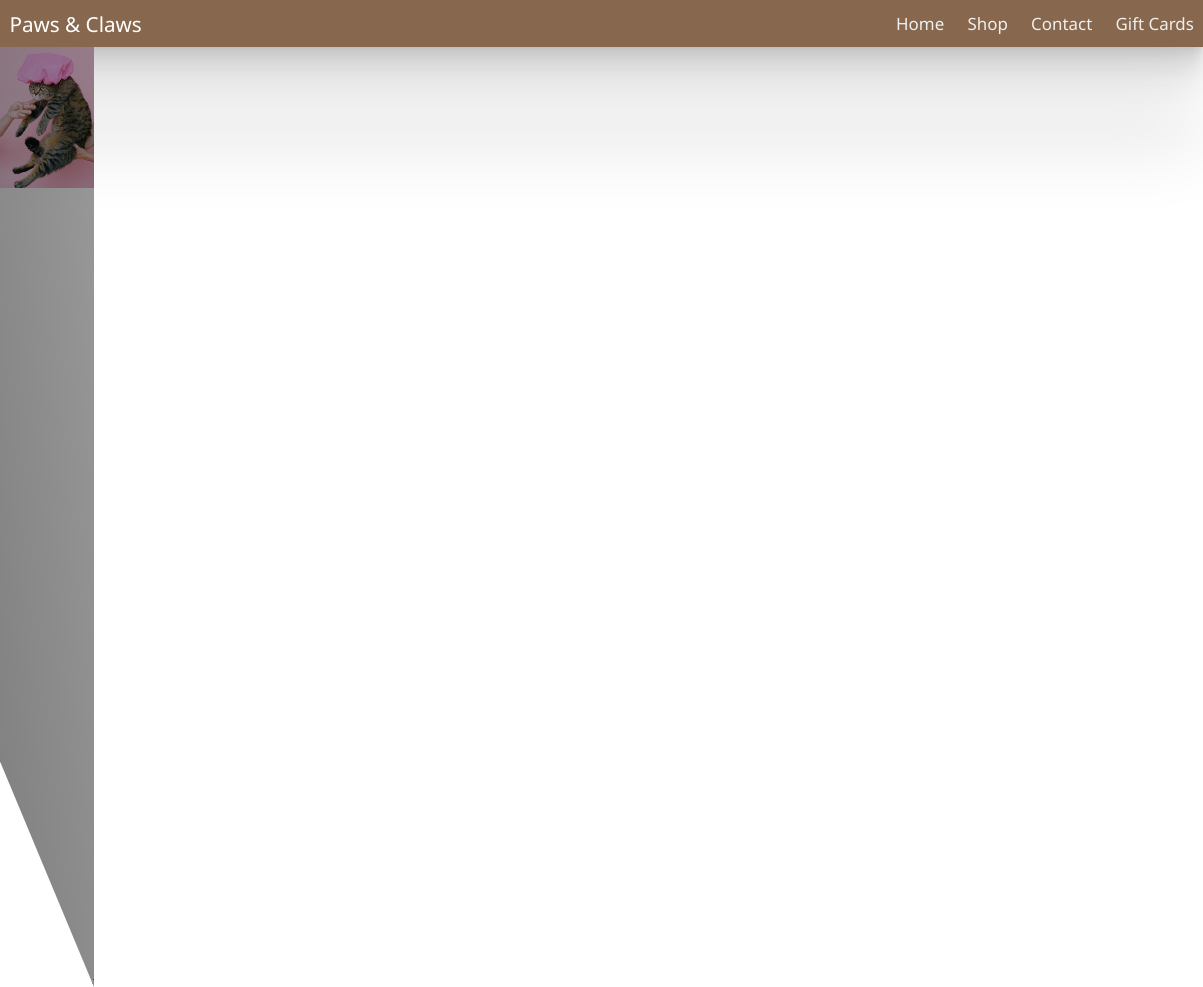
Repository: LtGriff/petProject
Page: dist/about.html
An editor plug-in stored every save of this project. The page is shown before and after the next save, followed by the edit.
The browser window is 1280 px wide. The pictures show the whole page, at 94% of full size.

Above is the page before, as saved 2022-05-19 07:53:50.

After the next save:
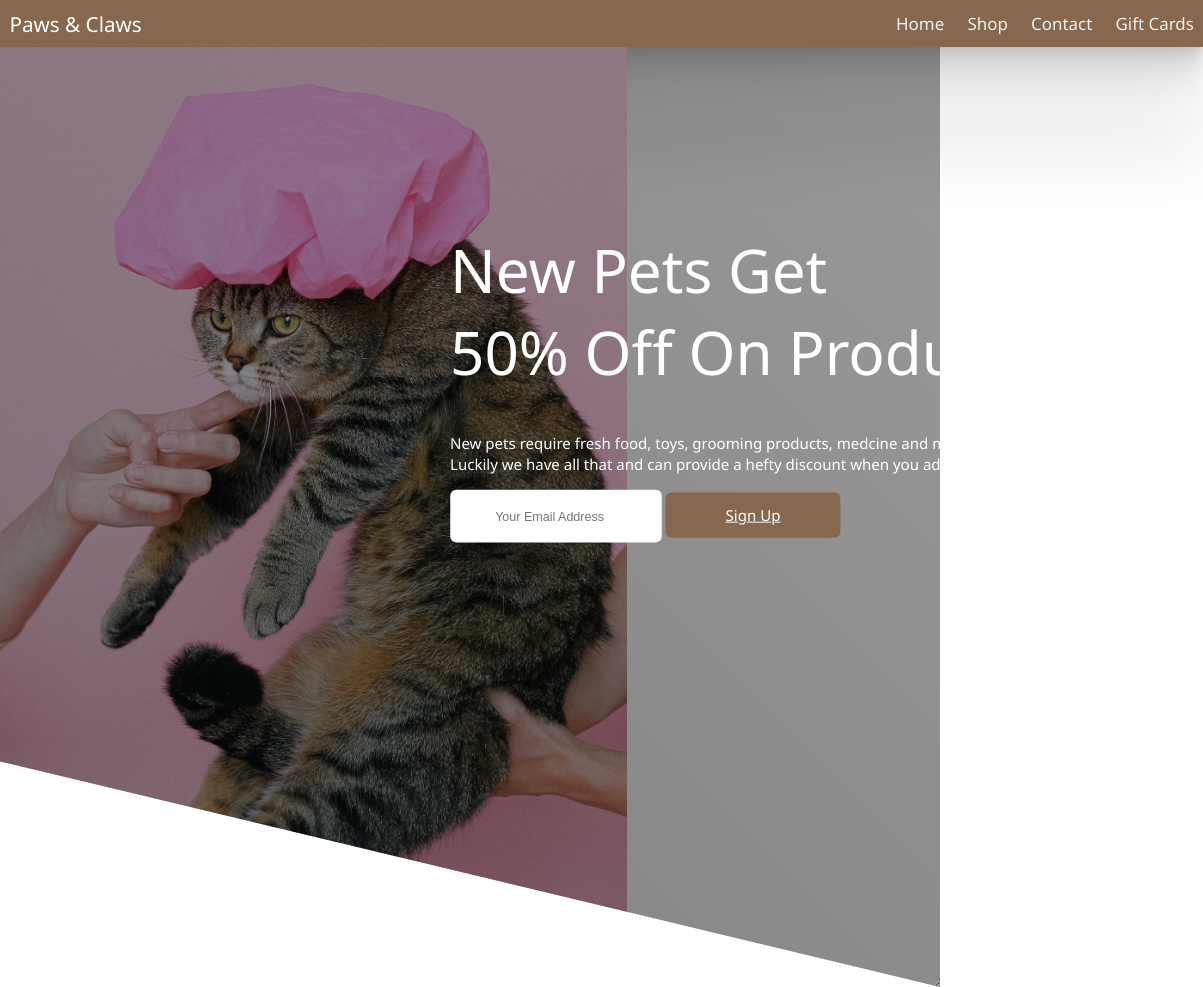
Saved 4 s later.
--- a/dist/CSS/about.css
+++ b/dist/CSS/about.css
@@ -79,7 +79,7 @@
     url("../img/catpink.jpg");
     background-size: contain;
     background-repeat: no-repeat;
-    width: 100px;
+    width: 1000px;
     height: 1000px;
     resize: both;
     overflow: scroll;
